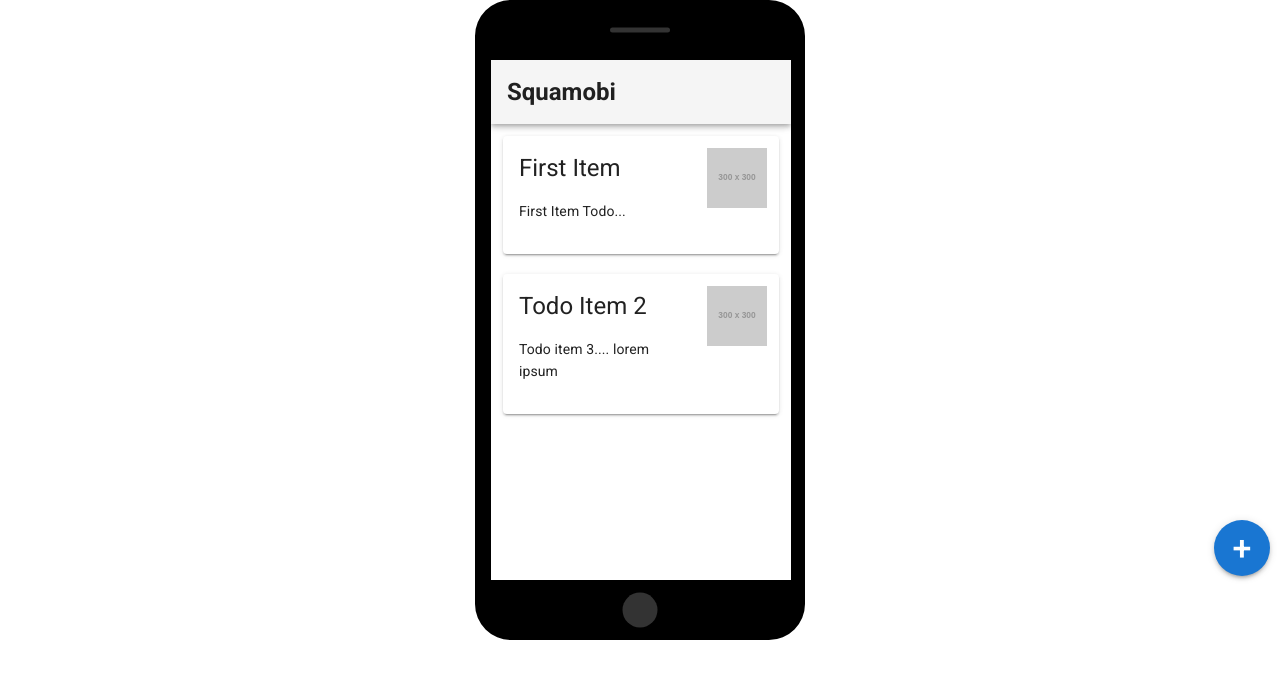
Repository: Keepnox/squamobi-interview
Page: /
An editor plug-in stored every save of this project. The page is shown before and after the next save, followed by the edit.
The browser window is 1280 px wide. The pictures show the whole page.
The project was rebuilt for these pictures with package versions that can differ from the ones it lists, and the page was loaded fresh each time. Also part of the build but not shown: vue.config.js. Imported but missing from the stored project, and not drawn on this page: src/views/About.vue.

Above is the page before, as saved 2022-01-16 01:38:52.

### src/App.vue
<template>
  <smartphone>
    <v-app>
    <v-main>
        <v-app-bar >
          <h2>Squamobi</h2>
        </v-app-bar>

      <!-- Provides the application the proper gutter -->
      <v-container fluid>

        <!-- If using vue-router -->
        <router-view></router-view>
      </v-container>
    </v-main>

  </v-app>
  </smartphone>

</template>

<script>
import Smartphone from './components/Smartphone.vue';

export default {
  name: 'App',

  components: {
    Smartphone,
  },

  data: () => ({
    //
  }),
};
</script>

### src/components/Smartphone.vue
<template>
  <div class="smartphone">
    <div class="content">
      <slot> </slot>
    </div>
  </div>
</template>

<style scoped>

.smartphone {
  position: relative;
  width: 330px;
  height: 640px;
  margin: auto;
  border: 16px black solid;
  border-top-width: 60px;
  border-bottom-width: 60px;
  border-radius: 36px;
}

/* The horizontal line on the top of the device */
.smartphone:before {
  content: '';
  display: block;
  width: 60px;
  height: 5px;
  position: absolute;
  top: -30px;
  left: 50%;
  transform: translate(-50%, -50%);
  background: #333;
  border-radius: 10px;
}

/* The circle on the bottom of the device */
.smartphone:after {
  content: '';
  display: block;
  width: 35px;
  height: 35px;
  position: absolute;
  left: 50%;
  bottom: -65px;
  transform: translate(-50%, -50%);
  background: #333;
  border-radius: 50%;
}

/* The screen (or content) of the device */
.smartphone .content {
  width: 300px;
  height: 520px;
  background: white;
}

.content > * {
  min-height: 100%;
  height: 100%;
}
</style>

### src/views/Home.vue
<template>
  <div id="listOuter">
    <TodoItem
      v-for="(t, index) in todoData"
      :key="index"
      :title="t.title"
      :desc="t.description"
      :image="t.image"
    ></TodoItem>

    <v-btn
          class="add-button"
          color="primary"
          elevation="3"
          fab
          v-on:click="dialog = !dialog"
        ><span style="font-size:34px;">+</span></v-btn>
        <v-card class="popup" v-if="dialog">
          <div class="popup-title">Add Todo</div>
          <v-text-field
            label="Title"
            hide-details="auto"
            v-model="title"
          ></v-text-field>
          <v-text-field
            label="Description"
            hide-details="auto"
            v-model="description"
          ></v-text-field>
          <v-text-field
            label="Image Url"
            hide-details="auto"
            v-model="image"
          ></v-text-field>
          <v-btn class="add" v-on:click="addTodo">
            Add
          </v-btn>
        </v-card>
  </div>
</template>

<script>

import TodoItem from '@/components/TodoItem.vue'

export default {
  name: 'Home',
  components: {TodoItem},
  data () {
    return {
      todoData: [],
      dialog: false,
      image: "",
      description: "",
      title: ""
    }
  },
  watch: {
    dialog(val) {
      if(val) {
        document.getElementsByTagName('body')[0].classList.add('popup-active')
      } else {
        document.getElementsByTagName('body')[0].classList.remove('popup-active')
      }
    }
  },
  mounted () {
    this.todoData = JSON.parse(localStorage.getItem('todo'))
  },
  created() {
    let defaultData = JSON.parse(localStorage.getItem('todo')) || [
        {
          title: "First Item",
          description: 'First Item Todo...',
          image: "https://unsplash.it/640/425?random"
        },
        {
          title: "Todo Item 2",
          description: 'Todo item 3.... lorem ipsum',
          image: "https://unsplash.it/640/425?random"
        }
      ]
    localStorage.setItem('todo', JSON.stringify(defaultData))
  },
  methods: {
    addTodo() {
      this.todoData.push(
        {
          title: this.title,
          description: this.description,
          image: this.image
        }
      );
      localStorage.setItem('todo', JSON.stringify(this.todoData));
      this.dialog = false;
    }
  }
}
</script>

<style >
.v-application--wrap {
  height: 100%;
  min-height: 100%;
  overflow: hidden;
  overflow-y: scroll;
}
.v-main, v-main__wrap {
  height: 100%;
}
.v-main .container {
  height: calc(100% - 55px);
}
.list-outer
.list-outer {
  position: relative;
  height: 100%;
  width: 100%;
}
.add-button {
  position: fixed;
  right: 10px;
  top: 520px;
}
.popup {
  position: absolute;
  padding: 15px;
  width: 90%;
  top: 50%;
  transform: translateY(-50%);
}
.popup .add {
  margin-top: 20px;
  float: right;
}
.popup .popup-title {
  font-weight: 900;
}
</style>

### src/components/TodoItem.vue
<template>
    <v-card class="mb-5">
      <div class="d-flex flex-no-wrap justify-space-between">
        <div>
          <v-card-title class="text-h5" v-text="title"></v-card-title>

          <v-card-text > {{desc}} </v-card-text>
          <v-card-actions>
          </v-card-actions>
        </div>

        <v-avatar
          class="ma-3"
          size="60"
          tile
        >
          <v-img src="http://placehold.it/300"></v-img>
        </v-avatar>
      </div>
    </v-card>
</template>
<script>
export default {
  props: ["desc", "title", "image"],
  mounted() {
    console.log(this.items)
  }
}
</script>

Loaded but not shown: public/index.html (common file); src/main.js (common file); src/plugins/vuetify.js (common file); src/router/index.js (common file)

After the next save:
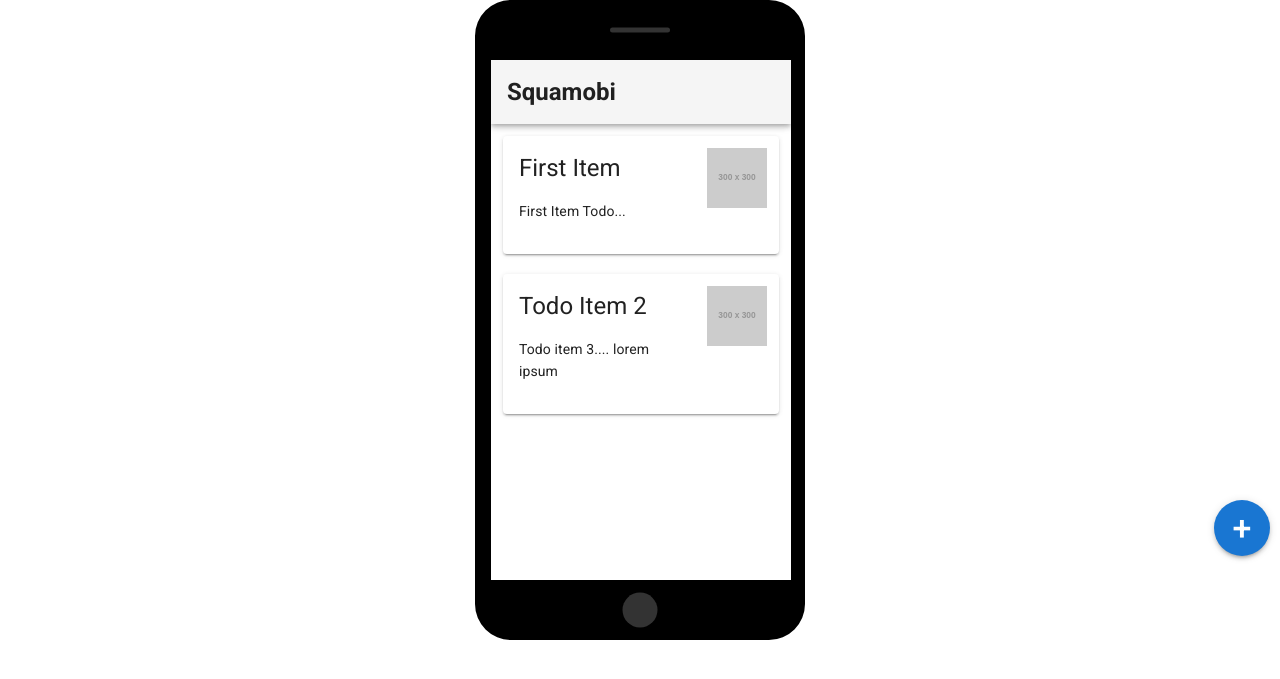
Saved 4 s later.
--- a/src/views/Home.vue
+++ b/src/views/Home.vue
@@ -120,7 +120,7 @@ export default {
 .add-button {
   position: fixed;
   right: 10px;
-  top: 520px;
+  top: 500px;
 }
 .popup {
   position: absolute;
